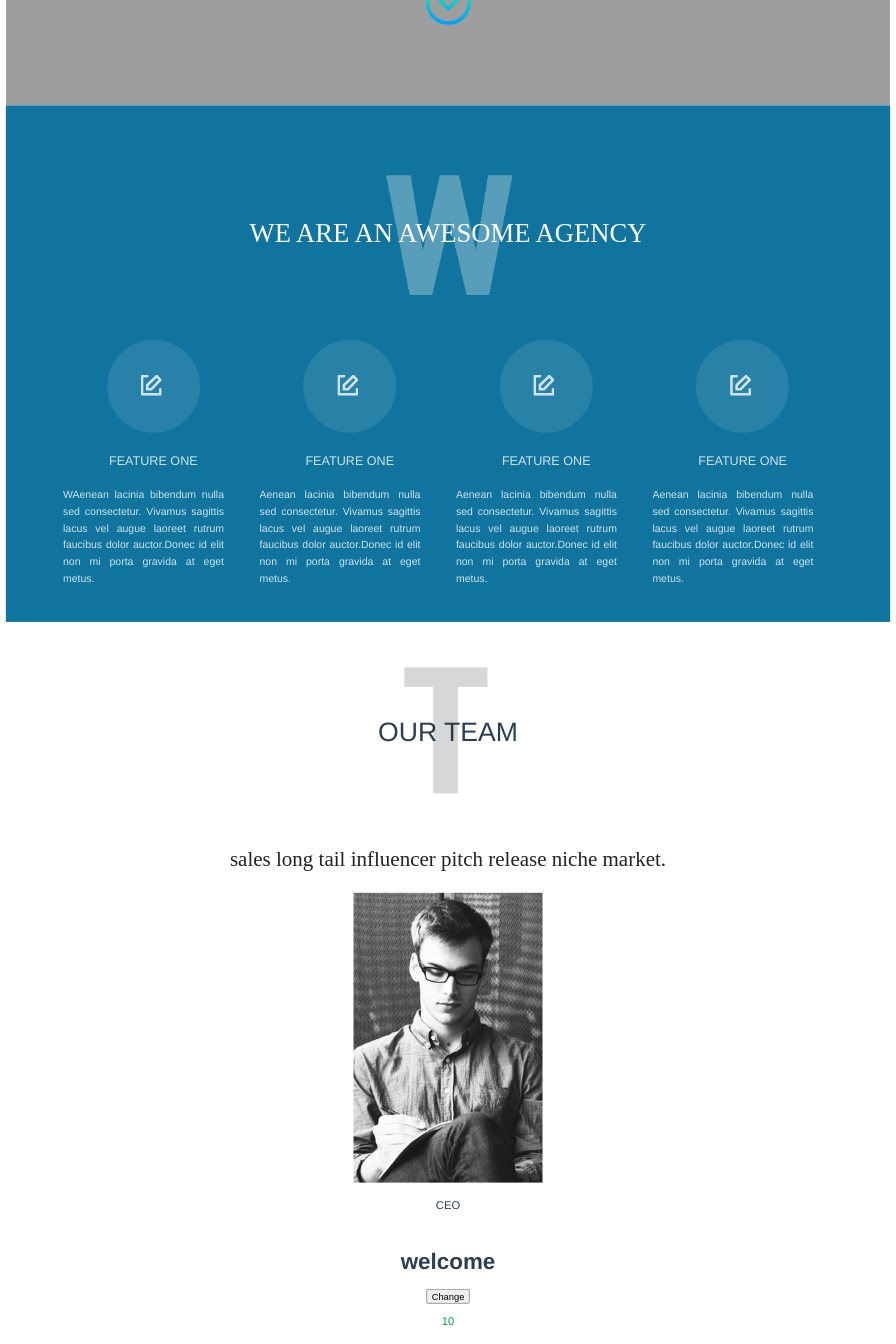
Repository: joker506/Creatives
Page: /
These files come from the project's save history. The page is drawn as it stood at one moment and after the next save; the edit follows.
The browser window is 1280 px wide. The pictures show the part of the page from y = 689 to 2609 px (the page is 2609 px tall), at 70% of full size.
Pictures or frames that could not be fetched are drawn as grey boxes. The project was rebuilt for these pictures with package versions that can differ from the ones it lists, and the page was loaded fresh each time.

Above is the page before, as saved 2020-04-01 21:20:27.

After the next save:
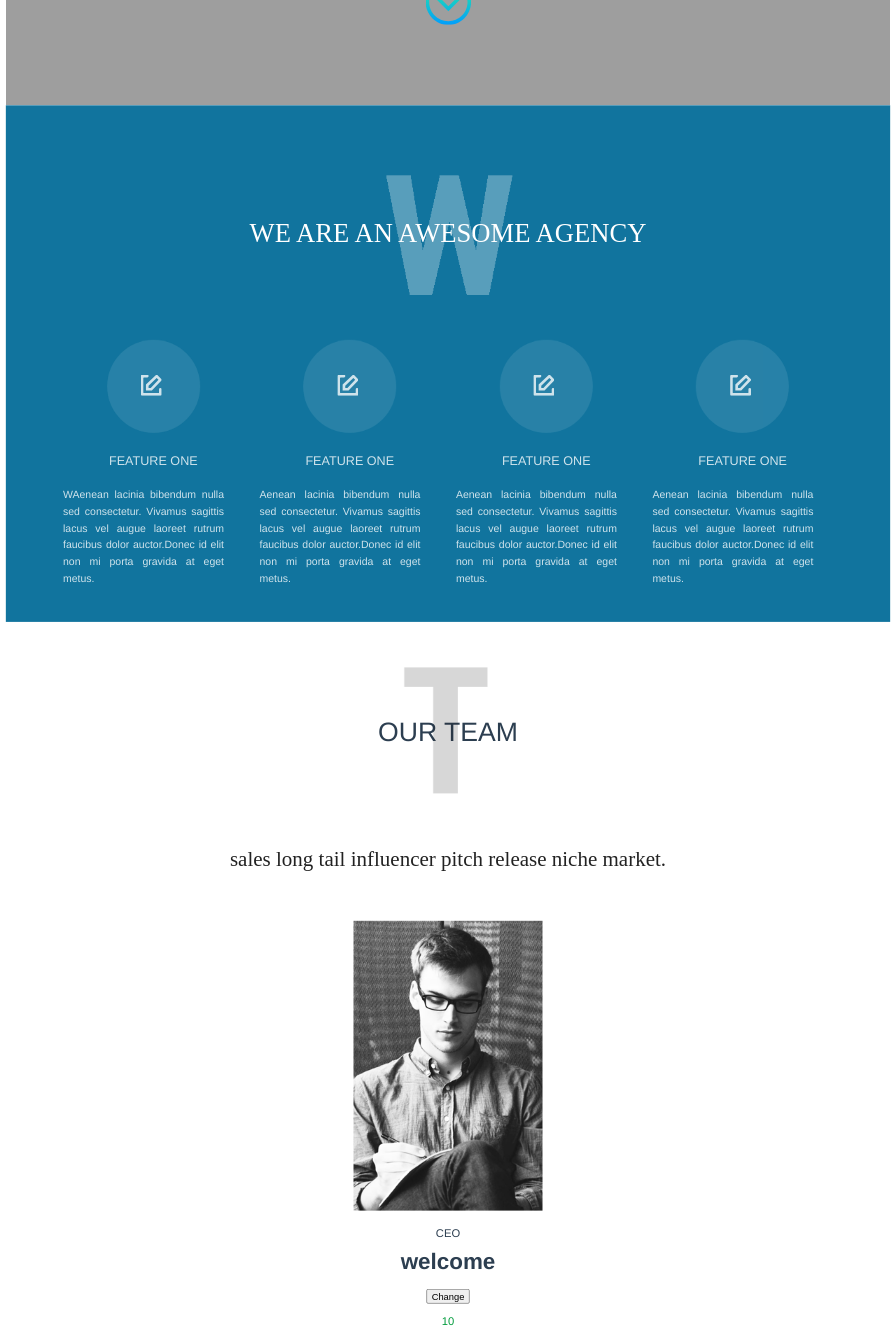
Saved 79 s later.
--- a/src/components/TeamApp.vue
+++ b/src/components/TeamApp.vue
@@ -4,6 +4,7 @@
 <h2 class="team__title">Our Team</h2>
 <p class="team__text">sales long tail influencer pitch release niche market.</p>
 </div>
+
 <div class="team-block">
 
 <div class="staff__first">
@@ -21,6 +22,7 @@ export default {
     name:'TeamApp',
 }
 </script>
+
 <style lang="scss">
 .team{
     margin: 0;
@@ -57,5 +59,8 @@ font-size: 30px;
 font-weight: 400;
 line-height: 37px;
 }
+.team-block{
+    margin-top: 70px;
 
+}
 </style>
